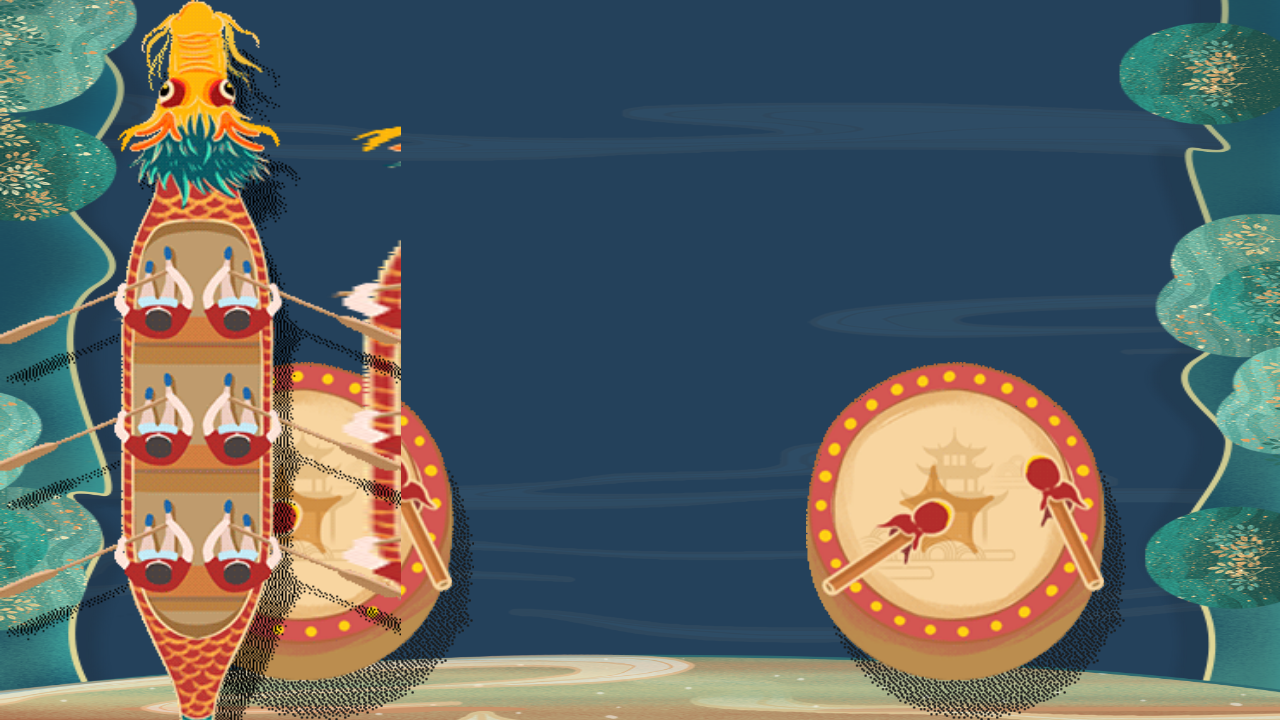
Repository: liushiwei151/hhl_dragon_boat_festival
Page: /Game
These files come from the project's save history. The page is drawn as it stood at one moment and after the next save; the edit follows.
The browser window is 1280 px wide. The pictures show the whole page.
An inner scrolling area shows only its first screen. The project was rebuilt for these pictures with package versions that can differ from the ones it lists, and the page was loaded fresh each time. Also part of the build but not shown: vue.config.js, src/views/Home.vue.

Above is the page before, as saved 2020-06-05 17:16:47.

After the next save:
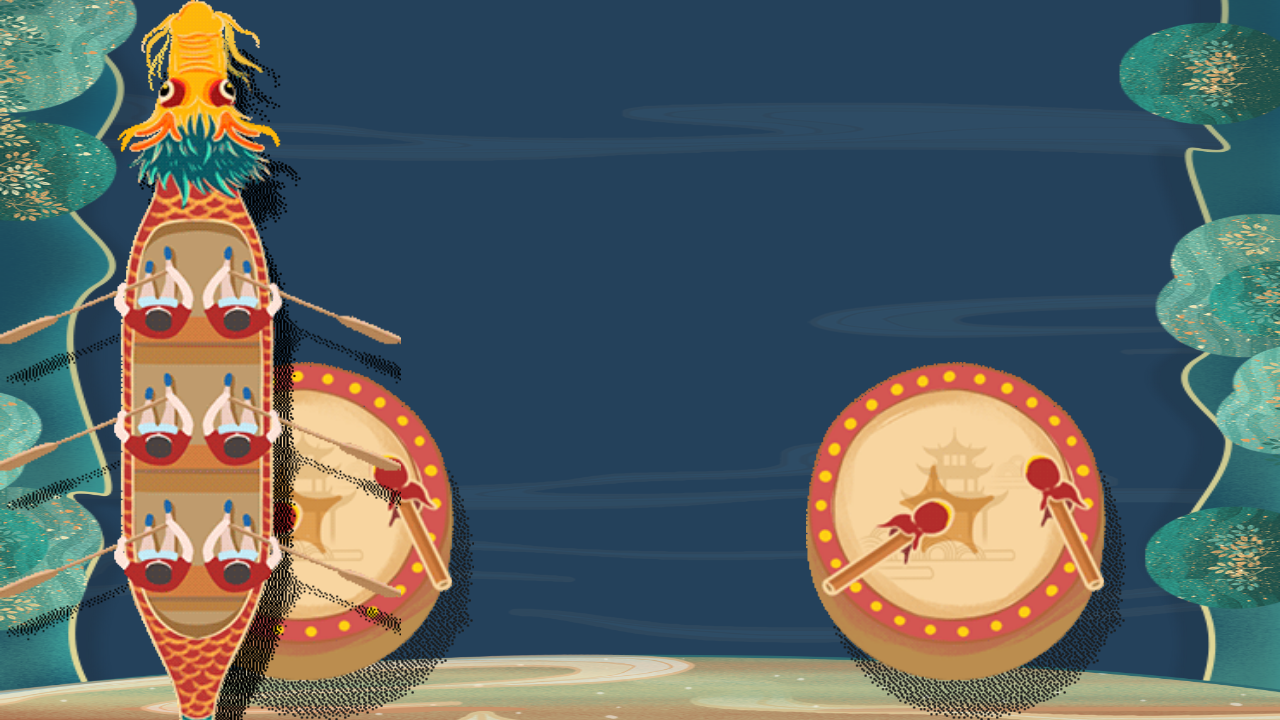
Saved 10 s later.
--- a/src/views/Game.vue
+++ b/src/views/Game.vue
@@ -136,7 +136,7 @@ export default class Game extends Vue {
   height: 100%;
   .longzhouBox {
     background: url(../assets/longBg.png) no-repeat;
-    background-size: 300% 100%;
+    background-size: 100% 100%;
     width: 31.333vw;
     height: 68.133vw;
     position: relative;
